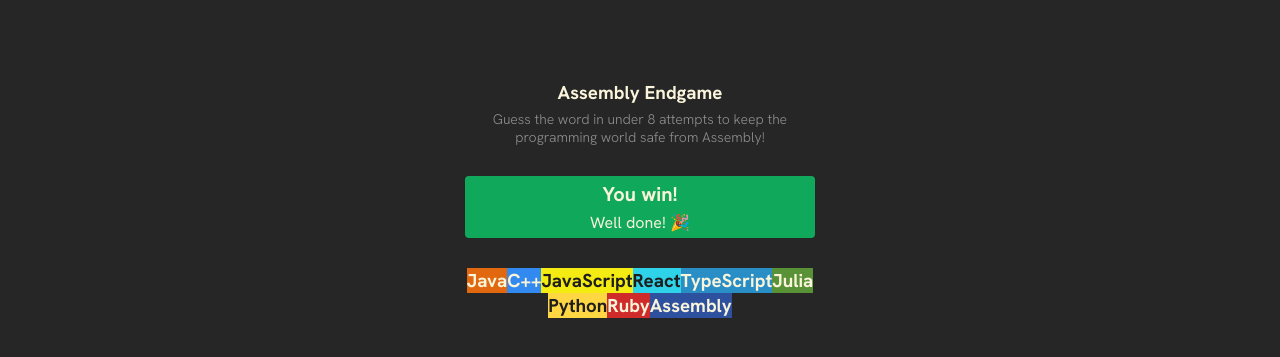
Repository: AchrafAzzaoui/AssemblyEndgame
Page: / (app in assembly-endgame/)
These files come from the project's save history. The page is drawn as it stood at one moment and after the next save; the edit follows.
The browser window is 1280 px wide. The pictures show the whole page.
The project was rebuilt for these pictures with package versions that can differ from the ones it lists, and the page was loaded fresh each time. Also part of the build but not shown: assembly-endgame/vite.config.js.

Above is the page before, as saved 2024-12-25 12:36:55.

### assembly-endgame/index.html
<!DOCTYPE html>
<html lang="en">
  <head>
    <meta charset="UTF-8" />
    <link rel="icon" type="image/svg+xml" href="/vite.svg" />
    <meta name="viewport" content="width=device-width, initial-scale=1.0" />
    <link
      href="https://fonts.googleapis.com/css2?family=Hanken+Grotesk:wght@300;400;500;600;700&display=swap"
      rel="stylesheet"
    />
    <title>Assembly Endgame</title>
  </head>
  <body>
    <div id="root"></div>
    <script type="module" src="/src/main.jsx"></script>
  </body>
</html>

### assembly-endgame/src/index.css
* {
  margin: 0;
  padding: 0;
  box-sizing: border-box;
}
body {
  font-family: "Hanken Grotesk", sans-serif;
  background-color: #262626;
  color: #d9d9d9;
  padding: 80px 40px;
  height: 100vh;
  display: flex;
  justify-content: center;
}

header {
  text-align: center;
}

.game-title {
  color: #f9f4da;
}
.game-description {
  margin-top: 5px;
  font-weight: 300;
  color: #8e8e8e;
  font-size: 0.875rem;
  max-width: 350px;
}

/* status */
.game-status {
  background-color: #10a95b;
  color: #f9f4da;
  display: flex;
  flex-direction: column;
  align-items: center;
  padding: 0px 80px;
  margin: 20px 0;
  border-radius: 4px;
  margin-block: 30px;
}
.game-status p {
  margin-bottom: 5px;
}
.game-status h2 {
  font-size: 1.25rem;
  margin: 5px;
}

/* language tags */
.language-tags-container {
  display: flex;
  justify-content: center;
  margin-top: 20px;
  flex-wrap: wrap;
  max-width: 350px;
}

### assembly-endgame/src/App.jsx
import { useState } from "react";
import Status from "./components/Status.jsx";
import LanguageTags from "./components/LanguageTags.jsx";

export default function App() {
  return (
    <main>
      <header>
        <h3 className="game-title">Assembly Endgame</h3>
        <p className="game-description">
          Guess the word in under 8 attempts to keep the programming world safe
          from Assembly!
        </p>
      </header>
      <Status />
      <LanguageTags />
    </main>
  );
}

### assembly-endgame/src/components/Status.jsx
import { useState } from "react";

export default function Status() {
  return (
    <div className="game-status">
      <h2>You win!</h2>
      <p>Well done! 🎉</p>
    </div>
  );
}

### assembly-endgame/src/components/LanguageTags.jsx
import { useState } from "react";
import { languages } from "../data/languages.js";

export default function LanguageTags() {
  const languageTags = languages.map((language) => {
    const { name, backgroundColor, color } = language;
    return (
      <div
        className="language-tag"
        style={{ backgroundColor: backgroundColor, color: color }}
      >
        <h3>{name}</h3>
      </div>
    );
  });
  return <div className="language-tags-container">{languageTags}</div>;
}

### assembly-endgame/src/data/languages.js
export const languages = [
  {
    name: "Java",
    backgroundColor: "#E2680F",
    color: "#F9F4DA",
  },
  {
    name: "C++",
    backgroundColor: "#328AF1",
    color: "#F9F4DA",
  },
  {
    name: "JavaScript",
    backgroundColor: "#F4EB13",
    color: "#1E1E1E",
  },
  {
    name: "React",
    backgroundColor: "#2ED3E9",
    color: "#1E1E1E",
  },
  {
    name: "TypeScript",
    backgroundColor: "#298EC6",
    color: "#F9F4DA",
  },
  {
    name: "Julia",
    backgroundColor: "#599137",
    color: "#F9F4DA",
  },
  {
    name: "Python",
    backgroundColor: "#FFD742",
    color: "#1E1E1E",
  },
  {
    name: "Ruby",
    backgroundColor: "#D02B2B",
    color: "#F9F4DA",
  },
  {
    name: "Assembly",
    backgroundColor: "#2D519F",
    color: "#F9F4DA",
  },
];

Loaded but not shown: assembly-endgame/src/main.jsx (common file)

After the next save:
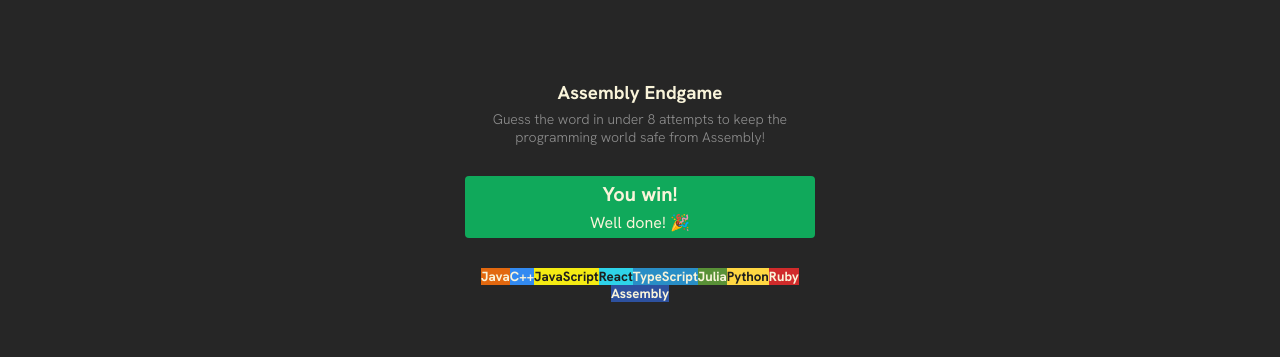
Saved 21 min 15 s later.
--- a/assembly-endgame/src/components/LanguageTags.jsx
+++ b/assembly-endgame/src/components/LanguageTags.jsx
@@ -9,7 +9,7 @@
         className="language-tag"
         style={{ backgroundColor: backgroundColor, color: color }}
       >
-        <h3>{name}</h3>
+        <h5>{name}</h5>
       </div>
     );
   });
